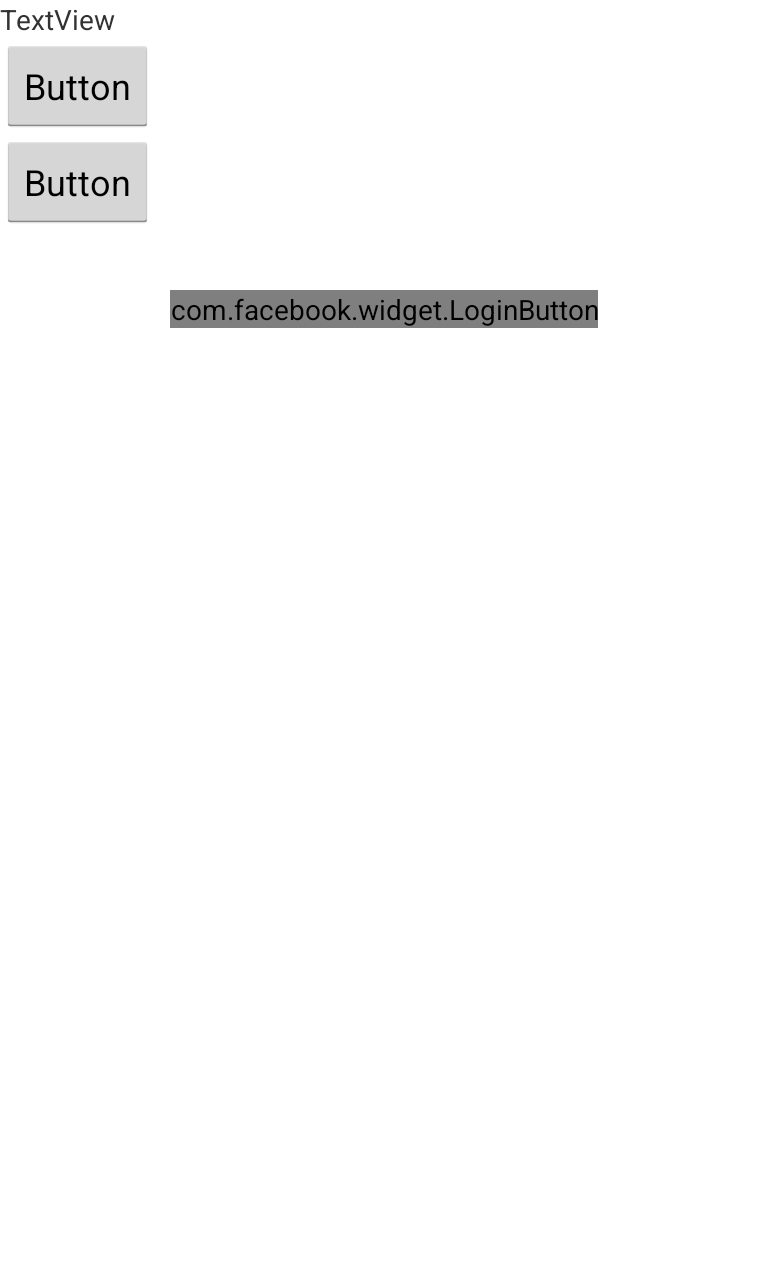
Repository: harsha20011992/Android-Projects
Layout: Sample_fb/res/layout/activity_main.xml
The author's editor kept a copy of each file at every save. The layout is drawn from the files as they stood at one save, then again after the next save.
Pictures or frames that could not be fetched are drawn as grey boxes. It is drawn on a 768 x 1280 px phone screen (xhdpi) without system bars, with theme AppTheme; the app's code is not run.

Above is the layout before, as saved 2014-10-14 17:47:43.

### Sample_fb/res/layout/activity_main.xml
<?xml version="1.0" encoding="utf-8"?>
<LinearLayout xmlns:android="http://schemas.android.com/apk/res/android"
    android:layout_width="match_parent"
    android:layout_height="match_parent"
    android:orientation="vertical" >

    <TextView
        android:id="@+id/fbtext"
        android:layout_width="wrap_content"
        android:layout_height="wrap_content"
        android:text="TextView" />

    <Button
        android:id="@+id/fbbuton"
        android:layout_width="wrap_content"
        android:layout_height="wrap_content"
        android:text="Button" />

    <Button
        android:id="@+id/fbfriends"
        android:layout_width="wrap_content"
        android:layout_height="wrap_content"
        android:text="Button" />


   <com.facebook.widget.LoginButton
        android:id="@+id/authButton"
        android:layout_width="wrap_content"
        android:layout_height="wrap_content"
        android:layout_gravity="center_horizontal"
        android:layout_marginTop="30dp"
        />

</LinearLayout>

Loaded but not shown: Sample_fb/res/values/styles.xml (common file); Sample_fb/res/values-v11/styles.xml (common file); Sample_fb/res/values-v14/styles.xml (common file)

After the next save:
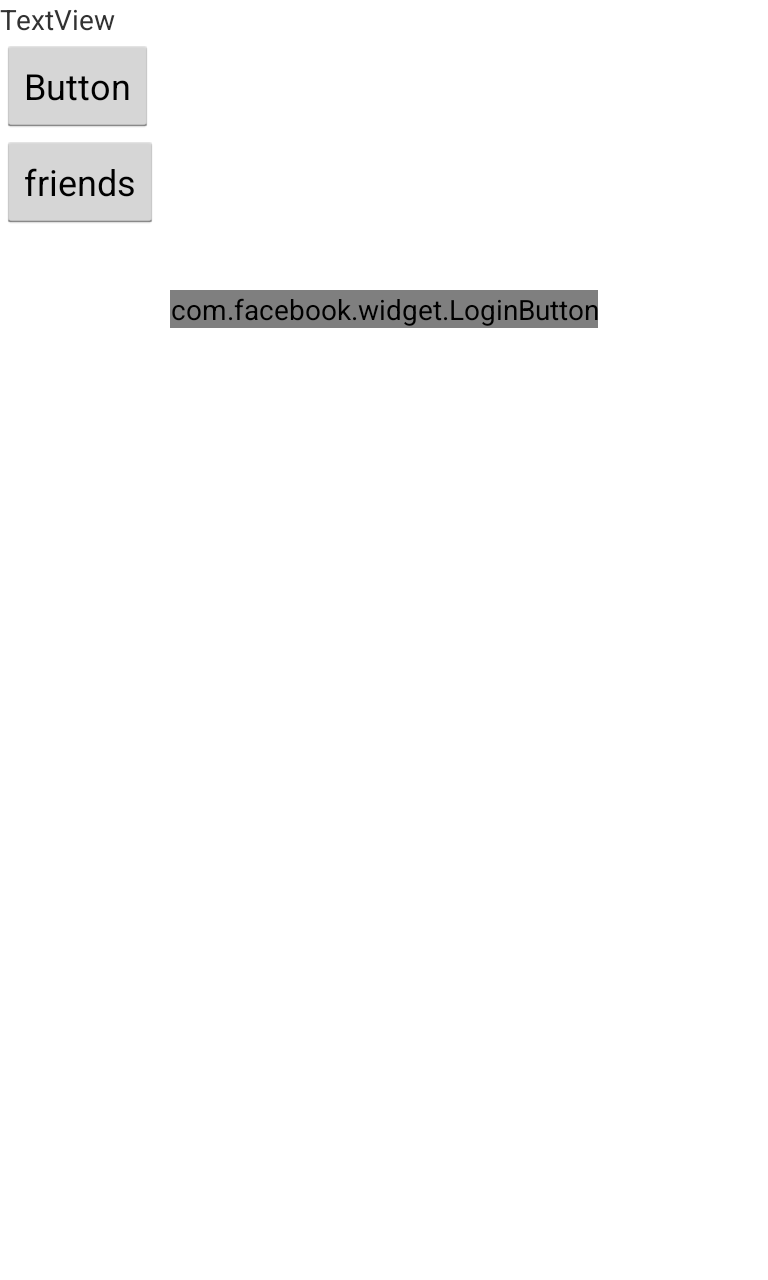
Saved 5 s later.
--- a/Sample_fb/res/layout/activity_main.xml
+++ b/Sample_fb/res/layout/activity_main.xml
@@ -20,7 +20,7 @@
         android:id="@+id/fbfriends"
         android:layout_width="wrap_content"
         android:layout_height="wrap_content"
-        android:text="Button" />
+        android:text="friends" />
 
 
    <com.facebook.widget.LoginButton
